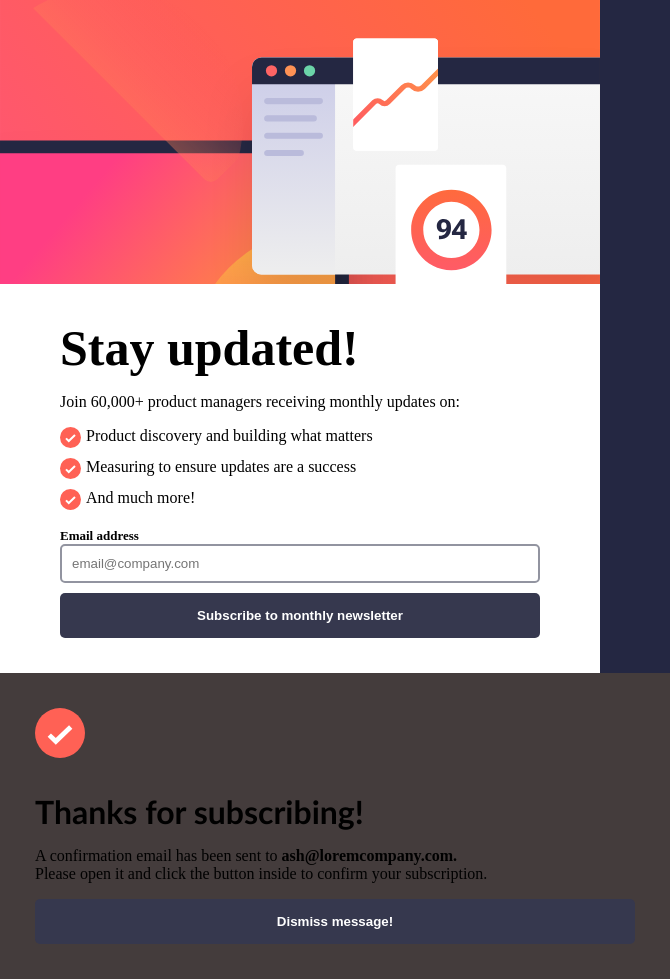
Repository: Celebration-cloud/Newsletter
Page: index.html
An editor plug-in stored every save of this project. The page is shown before and after a run of saves, followed by the edit.
The browser window is 600 px wide. The page is 670 px wide, then 600 px, so the pictures cover 670 px, including what lies to the right of the window. The pictures show the whole page.

Above is the page before, as saved 2023-07-19 23:49:37.

### index.html
<!DOCTYPE html>
<html lang="en">
<head>
  <meta charset="UTF-8">
  <meta name="viewport" content="width=device-width, initial-scale=1.0"> <!-- displays site properly based on user's device -->

  <link rel="icon" type="image/png" sizes="32x32" href="./assets/images/favicon-32x32.png">
  <link rel="stylesheet" href="index.css">

  <title>Frontend Mentor | Newsletter sign-up form with success message</title>

  <!-- Feel free to remove these styles or customise in your own stylesheet 👍 -->
  <style>
    .attribution { font-size: 11px; text-align: center; }
    .attribution a { color: hsl(228, 45%, 44%); }
  </style>
</head>
<body>

  <!-- Sign-up form start -->
  <div id="container">
    <div id="home-page">
      <h2 id="news">Stay updated!</h2>
      <p id="content">Join 60,000+ product managers receiving monthly updates on:</p>
      <ul id="features">
        <li>
          <img id="list-icon" src="./assets/images/icon-list.svg" alt="" srcset="">
          <p>Product discovery and building what matters</p>
        </li>
        <li>
          <img id="list-icon" src="./assets/images/icon-list.svg" alt="" srcset="">
          <p>Measuring to ensure updates are a success</p>
        </li>
        <li>
          <img id="list-icon" src="./assets/images/icon-list.svg" alt="" srcset="">
          <p>And much more!</p>
        </li>
      </ul>
      <form action="email">
        <label for="email">Email address</label><br>
        <input type="email" name="email" required placeholder="email@company.com" id="email"><br>
        <button id="subscribe-btn" type="submit">Subscribe to monthly newsletter</button>
      </form>
    </div>
    <div id="sign-up"></div>
  </div>
  <script type="module" src="index.js"></script>


  <!-- Sign-up form end -->

  <!-- Success message start -->
  <div id="success">
    <img id="signed-icon" src="./assets/images/icon-list.svg" alt="" srcset="">
    <h2>Thanks for subscribing!</h2>
    <p>A confirmation email has been sent to <b>ash@loremcompany.com.</b> <br>
    Please open it and click the button inside to confirm your subscription.</p>
    <button type="reset" id="dismiss">Dismiss message!</button>
  </div>

<!--
  <div class="attribution">
    Challenge by <a href="https://www.frontendmentor.io?ref=challenge" target="_blank">Frontend Mentor</a>.
    Coded by <a href="#">Your Name Here</a>.
  </div> -->
</body>
</html>

### index.css
html, body{
    padding: 0;
    margin: 20px;
    box-sizing: border-box;
    background-color: hsl(234, 29%, 20%);
    -webkit-user-select: none;
    user-select: none;
    display: flex;
    justify-content: center;

}

#container{
    background-color: white;
    display: flex;
    flex-wrap: wrap;
    justify-content: space-between;
    padding: 15px;
    column-gap: 10px;
    margin: 0;
    border-radius: 15px;
}

#sign-up{
    background-image: url(./assets/images/illustration-sign-up-desktop.svg);
    background-repeat: no-repeat;
    background-size: cover;
    width: 305px;
    height: 450px;
}

#home-page{
    width: 50%;
    margin: auto;
}

ul{
    list-style-type: none;
    padding: 0;
    display: flex;
    flex-direction: column;
    gap: 10px;
}

li{
    display: flex;
    margin: 0;
    padding: 0;
}

li p {
    margin: 0;
    padding-left: 5px;
    align-self: flex-start;
}

#list-icon{
    padding: 0;
    margin: 0;
    align-self: flex-start;
}

#news{
    font-size: 312.5%;
    padding: 0;
    margin: 0;
}



label{
    font-size: 13px;
    font-weight: bolder;
}

input{
    width: 100%;
    padding: 10px;
    box-sizing: border-box;
    border-radius: 5px;
    margin-bottom: 10px;
    border: 2px solid hsl(231, 7%, 60%);
}

button{
    width: 100%;
    padding: 15px;
    box-sizing: border-box;
    border-radius: 5px;
    border: none;
    color: white;
    font-weight: bolder;
    background-color: hsl(235, 18%, 26%);
}

#success{
    background-color: rgb(68, 60, 60);
}

@media (max-width: 741px) {
    html, body{
        padding: 0;
        margin: 0;
        display: inline;
    }
    #container{
        background-color: white;
        display: flex;
        flex-wrap: wrap;
        flex-direction: column-reverse;
        margin: 0;
        padding: 0;
        border-radius: none;
        border-radius: 0;
    }
    #home-page{
        margin: auto;
        width: 80%;
        padding: 35px;
    }
    #sign-up{
        background-image: url(./assets/images/illustration-sign-up-mobile.svg);
        background-repeat: no-repeat;
        background-size: cover;
        width: 100%;
        height: 284px;
    }
    #success{
        margin: auto;
        width: 100%;
        padding: 35px;
        bo
        display: flex;
        flex-direction: column;
        justify-content: space-between;
    }
    #success img{
        width: 50px;
        margin-bottom: 30px;
    }
    #success h2{
        font-weight: bolder;
        margin: 0;
        font-size: xx-large;
        font-family: 'Gill Sans', 'Gill Sans MT', Calibri, 'Trebuchet MS', sans-serif;
    }
    #success p{
        font-weight: light;
    }


}

### index.js
// import { initializeApp } from "https://www.gstatic.com/firebasejs/9.15.0/firebase-app.js"
// import { getDatabase, ref, push, onValue } from "https://www.gstatic.com/firebasejs/9.15.0/firebase-database.js"

// let appSettings = {
//     "databaseUrl": " https://playground-51efb-default-rtdb.europe-west1.firebasedatabase.app/ "
// }

// const app = initializeApp(appSettings)
// const database = getDatabase(app)
// const newsLetterDb = ref(database, "newsLetterDb")

const emailEL = document.getElementById("email")
const inputEL = document.getElementById("subscribe-btn")
const container = document.getElementById("container")
const dismiss = document.getElementById("dismiss")

function successful() {
    let successful = `
        <div id="success">
            <img id="signed-icon" src="./assets/images/icon-list.svg" alt="" srcset="">
            <h2>Thanks for subscribing!</h2>
            <p>A confirmation email has been sent to ash@loremcompany.com. <br>
            Please open it and click the button inside to confirm your subscription.</p>
            <button type="reset" id="dismiss">Dismiss message!</button>
        </div>
    `
    container.innerHTML = successful
    // dismiss()
}

inputEL.addEventListener("click", function() {
    // let inputValue = emailEL.value
    // inputEL = inputValue
    // push( newsLetterDb, inputEL)
    successful()
})

// function dismiss() {
//      let content = `

//      `

// }
// dismiss.addEventListener("click", function() {
//     dismiss()
// })

After the next 2 saves:
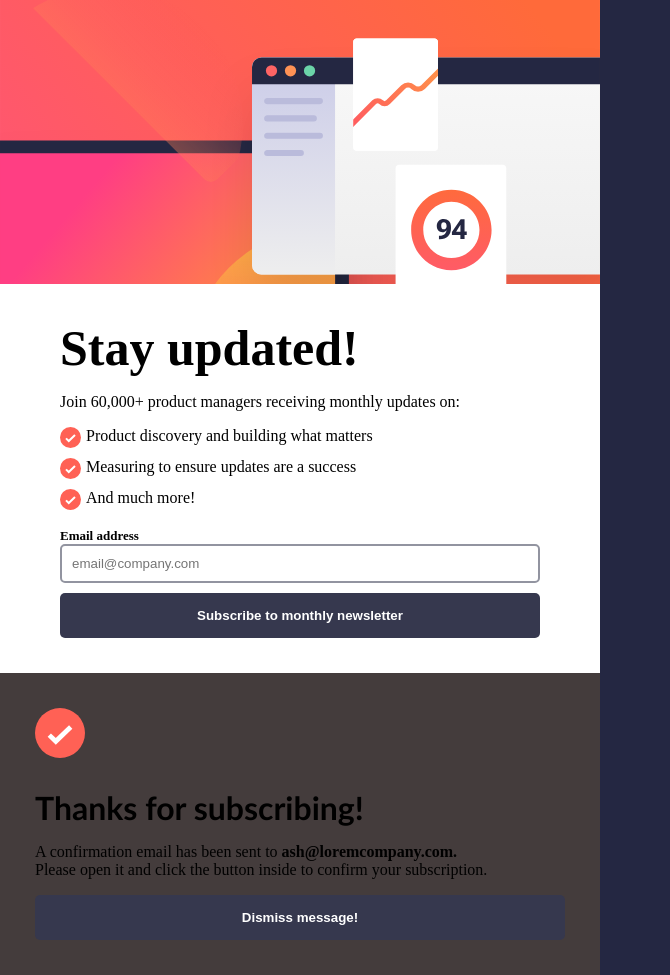
The 2 saves are shown as one change because they came seconds apart.
The last was saved 5 s later.
--- a/index.css
+++ b/index.css
@@ -129,7 +129,7 @@ button{
         margin: auto;
         width: 100%;
         padding: 35px;
-        bo
+        box-sizing: border-box;
         display: flex;
         flex-direction: column;
         justify-content: space-between;
